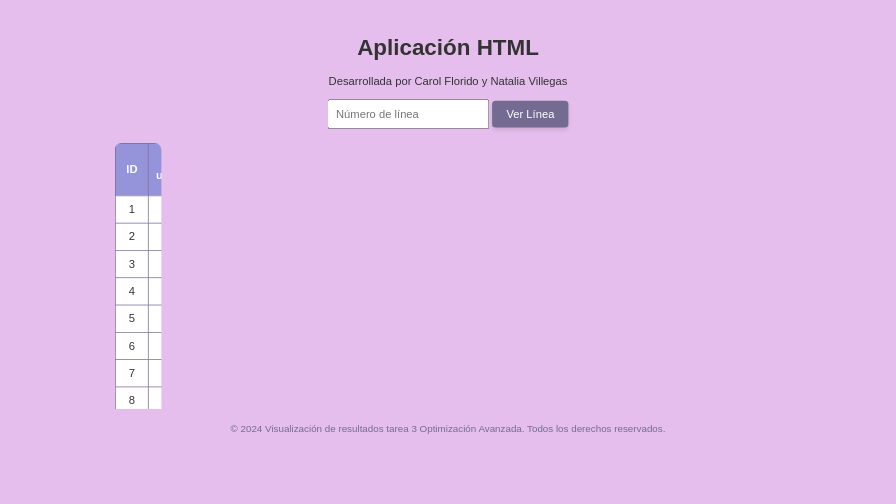
Repository: cflorido/Front_T3
Page: index.html
An editor plug-in stored every save of this project. The page is shown before and after the next save, followed by the edit.
The browser window is 1280 px wide. The pictures show the part of the page from y = 0 to 1920 px (the page is 720 px tall before and 6969 px after), at 70% of full size.

Above is the page before, as saved 2024-10-22 22:55:48.

### index.html
<!DOCTYPE html>
<html lang="es">
<head>
    <meta charset="UTF-8">
    <meta name="viewport" content="width=device-width, initial-scale=1.0">
    <title>Aplicación Visualización de Datos</title>
    <style>
        body {
            font-family: Arial, sans-serif;
            background-color: #E5BEED;
            color: #333;
            text-align: center;
            padding: 20px;
        }
        .container {
            display: flex;
            justify-content: space-between;
        }
        button {
            padding: 10px 20px;
            font-size: 16px;
            cursor: pointer;
            background-color: #736B92;
            color: white;
            border: none;
            border-radius: 5px;
            transition: background-color 0.3s;
            box-shadow: 0 4px 6px rgba(0, 0, 0, 0.1);
        }
        button:hover {
            background-color: #7D5C65;
        }
        #tablaEquipos {
            width: 20%; /* 20% del ancho de la pantalla */
            border-collapse: collapse;
            text-align: left;
            max-height: 400px; /* Altura máxima */
            overflow-y: auto; /* Habilitar scroll vertical */
            display: block; /* Cambia a block para scroll */
        }
        #tablaEquipos th, #tablaEquipos td {
            border: 1px solid #736B92;
            padding: 10px;
        }
        #tablaEquipos th {
            background-color: #9593D9;
            color: white;
        }
        #tablaEquipos td {
            background-color: #fff;
        }
        #contenido {
            width: 75%; /* 75% del ancho de la pantalla */
            margin-top: 20px;
            padding: 10px;
            border: 1px solid #7C90DB;
            background-color: #fff;
            border-radius: 8px;
            box-shadow: 0 2px 10px rgba(0, 0, 0, 0.2);
            display: none;
        }
        table {
            margin: 20px auto;
            border-collapse: collapse;
            width: 100%;
            border-radius: 10px;
            overflow: hidden;
        }
        th, td {
            border: 1px solid #736B92;
            padding: 10px;
            text-align: center;
            width: 14.28%;
        }
        th {
            background-color: #9593D9;
            color: white;
            font-weight: bold;
        }
        td {
            background-color: #ffffff;
            transition: background-color 0.3s;
        }
        td.utilizado {
            background-color: #7C90DB;
            color: #ffffff;
            font-weight: bold;
        }
        .footer {
            margin-top: 20px;
            font-size: 14px;
            color: #736B92;
        }
    </style>
</head>
<body>
    <h1>Aplicación HTML</h1>
    <p>Desarrollada por Carol Florido y Natalia Villegas</p>

    <input type="number" id="numeroLinea" placeholder="Número de línea" min="1" style="padding: 10px; font-size: 16px;">
    <button onclick="cargarLinea()">Ver Línea</button>

    <div class="container">
        <!-- Tabla de equipos en el lado izquierdo -->
        <div style="overflow-y: auto; max-height: 400px;">
            <table id="tablaEquipos">
                <thead>
                    <tr>
                        <th>ID</th>
                        <th>¿Se utiliza?</th>
                        <th>Cantidad de equipos</th>
                    </tr>
                </thead>
                <tbody></tbody>
            </table>
        </div>

        <!-- Contenedor de la tabla de horarios -->
        <div id="contenido"></div>
    </div>

    <div class="footer">
        <p>&copy; 2024 Visualización de resultados tarea 3 Optimización Avanzada. Todos los derechos reservados.</p>
    </div>

    <script>
        let lineas = []; // Array para almacenar las líneas del archivo
        let equipos = []; // Array para almacenar la cantidad de equipos

        // Función para cargar el contenido de los archivos
        function cargarContenido() {
            fetch('data.txt')
                .then(response => {
                    if (!response.ok) {
                        throw new Error('Error al cargar el archivo: ' + response.statusText);
                    }
                    return response.text();
                })
                .then(data => {
                    lineas = data.split('\n');
                })
                .catch(error => {
                    console.error(error);
                    alert('No se pudo cargar el contenido.');
                });

            // Cargar el contenido del archivo de equipos
            fetch('equipos.txt')
                .then(response => {
                    if (!response.ok) {
                        throw new Error('Error al cargar el archivo de equipos: ' + response.statusText);
                    }
                    return response.text();
                })
                .then(data => {
                    equipos = data.split('\n').map(line => {
                        const [numero, cantidad] = line.split(',').map(Number);
                        return { numero, cantidad: parseFloat(cantidad).toFixed(3) }; // Redondear a 3 decimales
                    });
                    mostrarEquipos(); // Mostrar la tabla de equipos
                })
                .catch(error => {
                    console.error(error);
                    alert('No se pudo cargar el contenido de equipos.');
                });
        }

        // Función para mostrar la tabla de equipos
        function mostrarEquipos() {
            const tablaEquiposBody = document.querySelector('#tablaEquipos tbody');
            tablaEquiposBody.innerHTML = ''; // Limpiar el contenido previo

            equipos.forEach(equipo => {
                const fila = document.createElement('tr');
                const celdaId = document.createElement('td');
                const celdaUtiliza = document.createElement('td');
                const celdaCantidad = document.createElement('td');

                celdaId.textContent = equipo.numero;
                celdaUtiliza.textContent = equipo.cantidad > 0 ? 'SI' : 'NO';
                celdaCantidad.textContent = equipo.cantidad;

                fila.appendChild(celdaId);
                fila.appendChild(celdaUtiliza);
                fila.appendChild(celdaCantidad);

                tablaEquiposBody.appendChild(fila);
            });
        }

        // Función para mostrar la línea seleccionada
        function cargarLinea() {
            const numeroLinea = document.getElementById("numeroLinea").value;
            const contenidoDiv = document.getElementById("contenido");

            // Verificar si el número de línea es válido
            if (numeroLinea > 0 && numeroLinea <= lineas.length) {
                const horario = JSON.parse("[" + lineas[numeroLinea - 1] + "]"); // Parsear la línea como JSON con corchetes
                const equipoSeleccionado = equipos.find(e => e.numero === parseInt(numeroLinea));

                // Mostrar la cantidad de equipos arriba del horario
                contenidoDiv.innerHTML = `<h3>Cantidad de equipos: ${equipoSeleccionado ? equipoSeleccionado.cantidad : 'No disponible'}</h3>`;

                mostrarHorario(horario); // Mostrar el horario en forma de tabla
                contenidoDiv.style.display = 'block'; // Muestra el div
            } else {
                alert('Número de línea no válido. Intenta de nuevo.');
            }
        }

        // Función para mostrar el horario en una tabla
        function mostrarHorario(horario) {
            const contenidoDiv = document.getElementById("contenido");

            // Crear la tabla
            const tabla = document.createElement('table');
            const thead = document.createElement('thead');
            const tbody = document.createElement('tbody');

            // Crear encabezado de la tabla
            const encabezado = document.createElement('tr');
            const dias = ['Franja Horaria', 'Lunes', 'Martes', 'Miércoles', 'Jueves', 'Viernes', 'Sábado', 'Domingo'];
            dias.forEach(dia => {
                const th = document.createElement('th');
                th.textContent = dia;
                encabezado.appendChild(th);
            });
            thead.appendChild(encabezado);
            tabla.appendChild(thead);

            // Crear filas de horarios
            for (let i = 0; i < 12; i++) {
                const fila = document.createElement('tr');

                const horaInicio = (i * 2) % 24;
                const horaFin = (horaInicio + 2) % 24;
                const franjaHoraria = `${horaInicio < 10 ? '0' : ''}${horaInicio}:00 - ${horaFin < 10 ? '0' : ''}${horaFin}:00`;

                const celdaFranja = document.createElement('td');
                celdaFranja.textContent = franjaHoraria;
                fila.appendChild(celdaFranja);

                // Llenar celdas de la tabla con los datos de horarios
                for (let j = 0; j < 7; j++) {
                    const celda = document.createElement('td');
                    celda.textContent = horario[i][j] ? 'Uso' : 'Libre'; // Ajustar según el uso

                    if (horario[i][j]) {
                        celda.classList.add('utilizado'); // Agregar clase si se usa
                    }
                    fila.appendChild(celda);
                }
                tbody.appendChild(fila);
            }

            tabla.appendChild(tbody);
            contenidoDiv.appendChild(tabla);
        }

        // Cargar el contenido de los archivos al iniciar la página
        window.onload = cargarContenido;
    </script>
</body>
</html>

After the next save:
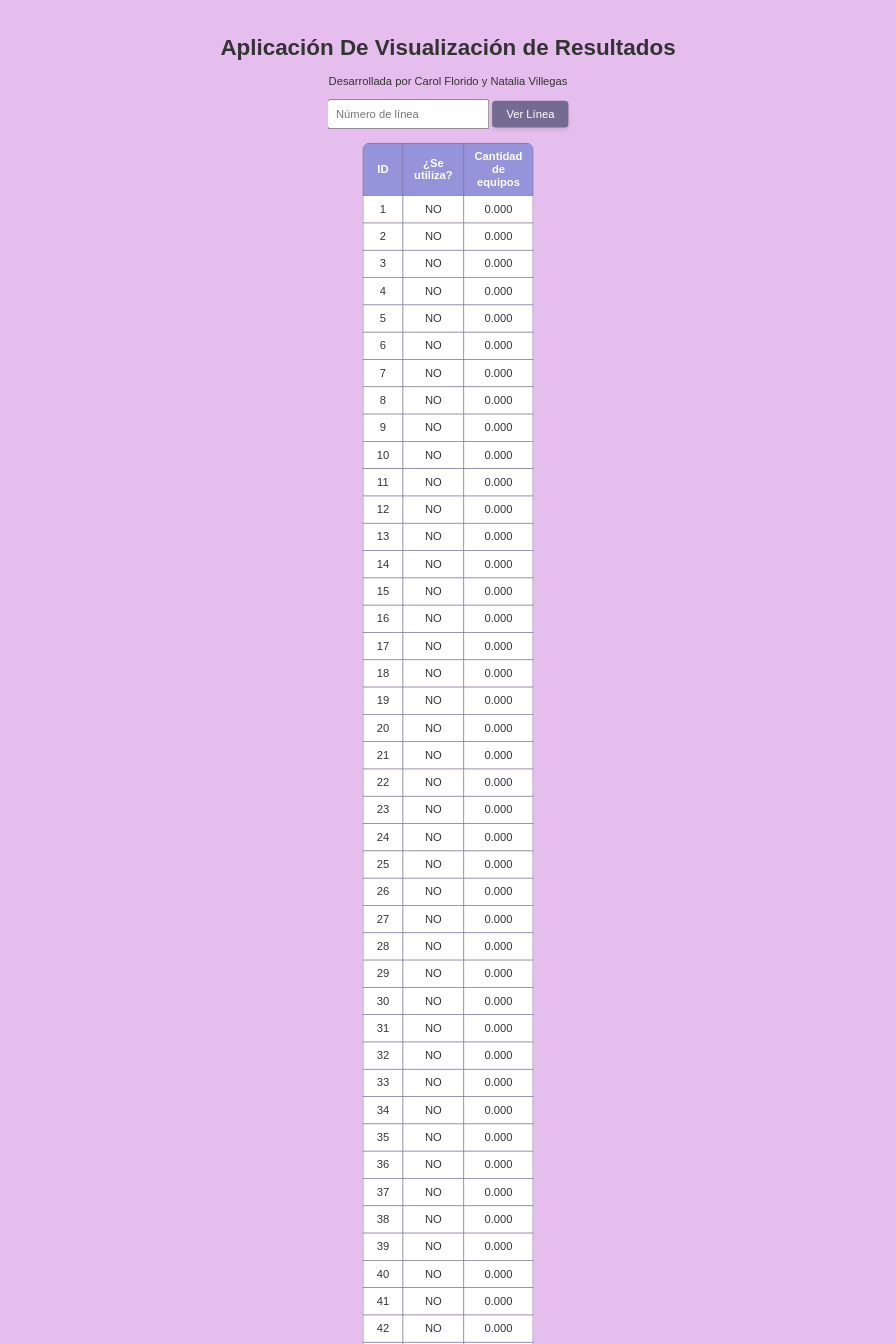
Saved 9 s later.
--- a/index.html
+++ b/index.html
@@ -34,9 +34,6 @@
             width: 20%; /* 20% del ancho de la pantalla */
             border-collapse: collapse;
             text-align: left;
-            max-height: 400px; /* Altura máxima */
-            overflow-y: auto; /* Habilitar scroll vertical */
-            display: block; /* Cambia a block para scroll */
         }
         #tablaEquipos th, #tablaEquipos td {
             border: 1px solid #736B92;
@@ -94,7 +91,7 @@
     </style>
 </head>
 <body>
-    <h1>Aplicación HTML</h1>
+    <h1>Aplicación De Visualización de Resultados</h1>
     <p>Desarrollada por Carol Florido y Natalia Villegas</p>
 
     <input type="number" id="numeroLinea" placeholder="Número de línea" min="1" style="padding: 10px; font-size: 16px;">
@@ -102,18 +99,16 @@
 
     <div class="container">
         <!-- Tabla de equipos en el lado izquierdo -->
-        <div style="overflow-y: auto; max-height: 400px;">
-            <table id="tablaEquipos">
-                <thead>
-                    <tr>
-                        <th>ID</th>
-                        <th>¿Se utiliza?</th>
-                        <th>Cantidad de equipos</th>
-                    </tr>
-                </thead>
-                <tbody></tbody>
-            </table>
-        </div>
+        <table id="tablaEquipos">
+            <thead>
+                <tr>
+                    <th>ID</th>
+                    <th>¿Se utiliza?</th>
+                    <th>Cantidad de equipos</th>
+                </tr>
+            </thead>
+            <tbody></tbody>
+        </table>
 
         <!-- Contenedor de la tabla de horarios -->
         <div id="contenido"></div>
@@ -240,12 +235,10 @@
                 celdaFranja.textContent = franjaHoraria;
                 fila.appendChild(celdaFranja);
 
-                // Llenar celdas de la tabla con los datos de horarios
                 for (let j = 0; j < 7; j++) {
                     const celda = document.createElement('td');
-                    celda.textContent = horario[i][j] ? 'Uso' : 'Libre'; // Ajustar según el uso
-
-                    if (horario[i][j]) {
+                    celda.textContent = horario[i * 7 + j];
+                    if (horario[i * 7 + j] === 1) {
                         celda.classList.add('utilizado'); // Agregar clase si se usa
                     }
                     fila.appendChild(celda);
